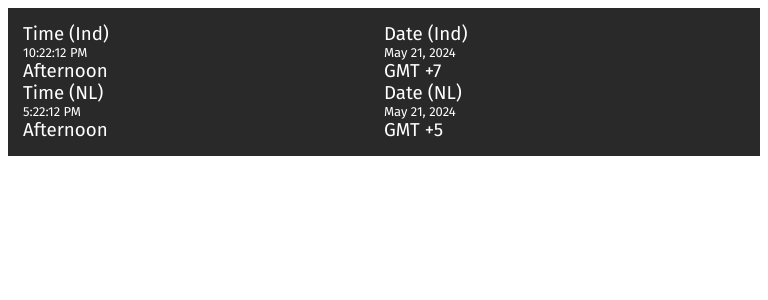
Repository: SnakeXrnt/notion-clock
Page: index.html
These files come from the project's save history. The page is drawn as it stood at one moment and after a run of saves; the edit follows.
The browser window is 768 px wide. The pictures show the whole page.

Above is the page before, as saved 2024-05-21 15:44:44.

After the next 2 saves:
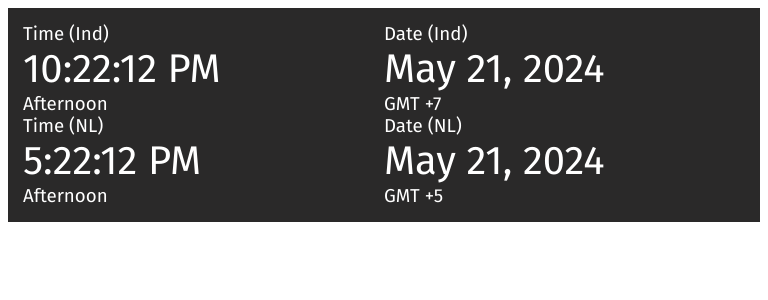
The 2 saves are shown as one change because they came seconds apart.
The last was saved 9 s later.
--- a/style.css
+++ b/style.css
@@ -50,7 +50,7 @@ body {
     }
 
     .time h1{
-        font-size: small;
+        font-size: 5vh;
     }
 
 
